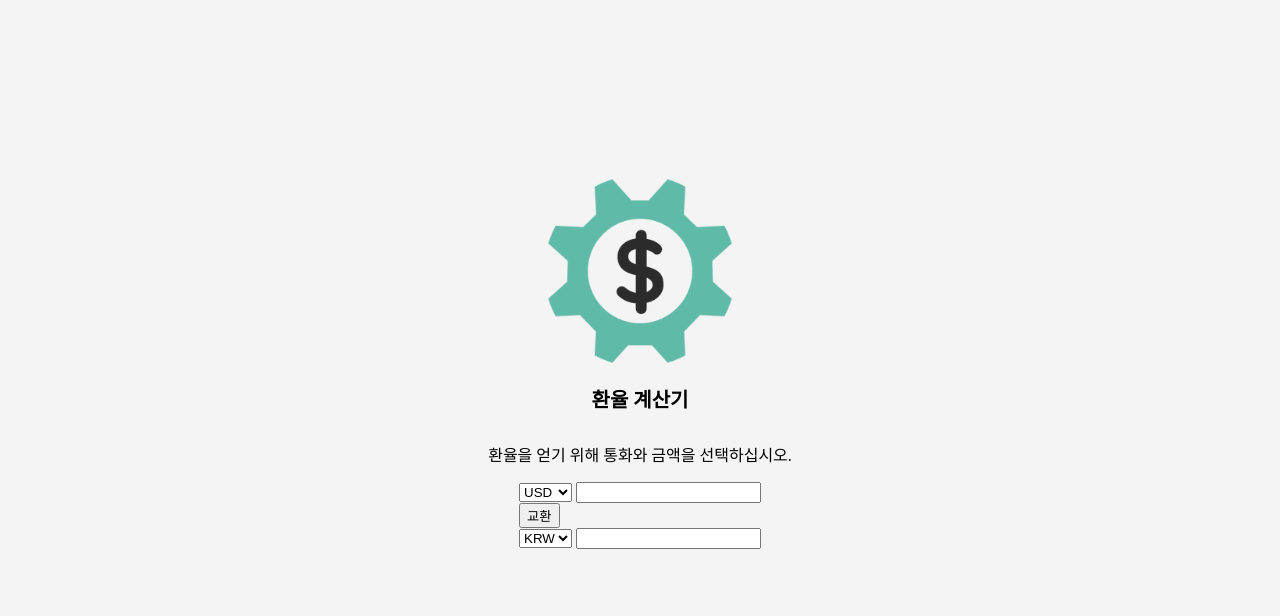
Repository: AbrorjonKuchkarov/exchange-rate
Page: index.html
An editor plug-in stored every save of this project. The page is shown before and after the next save, followed by the edit.
The browser window is 1280 px wide. The pictures show the whole page.

Above is the page before, as saved 2022-02-24 01:17:05.

### index.html
<!DOCTYPE html>
<html lang="en">
<head>
   <meta charset="UTF-8">
   <meta http-equiv="X-UA-Compatible" content="IE=edge">
   <meta name="viewport" content="width=device-width, initial-scale=1.0">
<link rel="stylesheet" href="style.css">
   <title>환율</title>
</head>
<body>
   <img src="img/money.png" alt="">
   <h1>환율 계산기 </h1>
   <p>환율을 얻기 위해 통화와 금액을 선택하십시오.</p>

   <div class="container">
      <div class="currency">
         <select id="selectOne">
            <option value="AED">AED</option>
            <option value="ARS">ARS</option>
            <option value="AUD">AUD</option>
            <option value="BGN">BGN</option>
            <option value="BRL">BRL</option>
            <option value="BSD">BSD</option>
            <option value="CAD">CAD</option>
            <option value="CHF">CHF</option>
            <option value="CLP">CLP</option>
            <option value="CNY">CNY</option>
            <option value="COP">COP</option>
            <option value="CZK">CZK</option>
            <option value="DKK">DKK</option>
            <option value="DOP">DOP</option>
            <option value="EGP">EGP</option>
            <option value="EUR">EUR</option>
            <option value="FJD">FJD</option>
            <option value="GBP">GBP</option>
            <option value="GTQ">GTQ</option>
            <option value="HKD">HKD</option>
            <option value="HRK">HRK</option>
            <option value="HUF">HUF</option>
            <option value="IDR">IDR</option>
            <option value="ILS">ILS</option>
            <option value="INR">INR</option>
            <option value="ISK">ISK</option>
            <option value="JPY">JPY</option>
            <option value="KRW">KRW</option>
            <option value="KZT">KZT</option>
            <option value="MXN">MXN</option>
            <option value="MYR">MYR</option>
            <option value="NOK">NOK</option>
            <option value="NZD">NZD</option>
            <option value="PAB">PAB</option>
            <option value="PEN">PEN</option>
            <option value="PHP">PHP</option>
            <option value="PKR">PKR</option>
            <option value="PLN">PLN</option>
            <option value="PYG">PYG</option>
            <option value="RON">RON</option>
            <option value="RUB">RUB</option>
            <option value="SAR">SAR</option>
            <option value="SEK">SEK</option>
            <option value="SGD">SGD</option>
            <option value="THB">THB</option>
            <option value="TRY">TRY</option>
            <option value="TWD">TWD</option>
            <option value="UAH">UAH</option>
            <option value="USD" selected>USD</option>
            <option value="UYU">UYU</option>
            <option value="VND">VND</option>
            <option value="ZAR">ZAR</option>
         </select>
         <input type="number" class="inputOne" >
      </div>

      <div class="swap">
         <button class="btn">교환</button>
         <div class="rate"></div>
      </div>

      <div class="currency">
         <select id="selectTwo">
         <option value="AED">AED</option>
         <option value="ARS">ARS</option>
         <option value="AUD">AUD</option>
         <option value="BGN">BGN</option>
         <option value="BRL">BRL</option>
         <option value="BSD">BSD</option>
         <option value="CAD">CAD</option>
         <option value="CHF">CHF</option>
         <option value="CLP">CLP</option>
         <option value="CNY">CNY</option>
         <option value="COP">COP</option>
         <option value="CZK">CZK</option>
         <option value="DKK">DKK</option>
         <option value="DOP">DOP</option>
         <option value="EGP">EGP</option>
         <option value="EUR">EUR</option>
         <option value="FJD">FJD</option>
         <option value="GBP">GBP</option>
         <option value="GTQ">GTQ</option>
         <option value="HKD">HKD</option>
         <option value="HRK">HRK</option>
         <option value="HUF">HUF</option>
         <option value="IDR">IDR</option>
         <option value="ILS">ILS</option>
         <option value="INR">INR</option>
         <option value="ISK">ISK</option>
         <option value="JPY">JPY</option>
         <option value="KRW" selected>KRW</option>
         <option value="KZT">KZT</option>
         <option value="MXN">MXN</option>
         <option value="MYR">MYR</option>
         <option value="NOK">NOK</option>
         <option value="NZD">NZD</option>
         <option value="PAB">PAB</option>
         <option value="PEN">PEN</option>
         <option value="PHP">PHP</option>
         <option value="PKR">PKR</option>
         <option value="PLN">PLN</option>
         <option value="PYG">PYG</option>
         <option value="RON">RON</option>
         <option value="RUB">RUB</option>
         <option value="SAR">SAR</option>
         <option value="SEK">SEK</option>
         <option value="SGD">SGD</option>
         <option value="THB">THB</option>
         <option value="TRY">TRY</option>
         <option value="TWD">TWD</option>
         <option value="UAH">UAH</option>
         <option value="USD">USD</option>
         <option value="UYU">UYU</option>
         <option value="VND">VND</option>
         <option value="ZAR">ZAR</option>
      </select>
      <input type="number" class="inputTwo" >
      </div>
   </div>




   <script src="app.js"></script>
</body>
</html>

### style.css
*{
   box-sizing: border-box;
}

body {
   margin: 0;
   display: flex;
   flex-direction: column;
   align-items: center;
   justify-content: center;
   height: 100vh;
   background-color: #f4f4f4;
}

img {
   width: 200px;
}

h1{
   font-size: 20px;
}

Loaded but not shown: app.js (no copy from this time; the picture is the same without it)

After the next save:
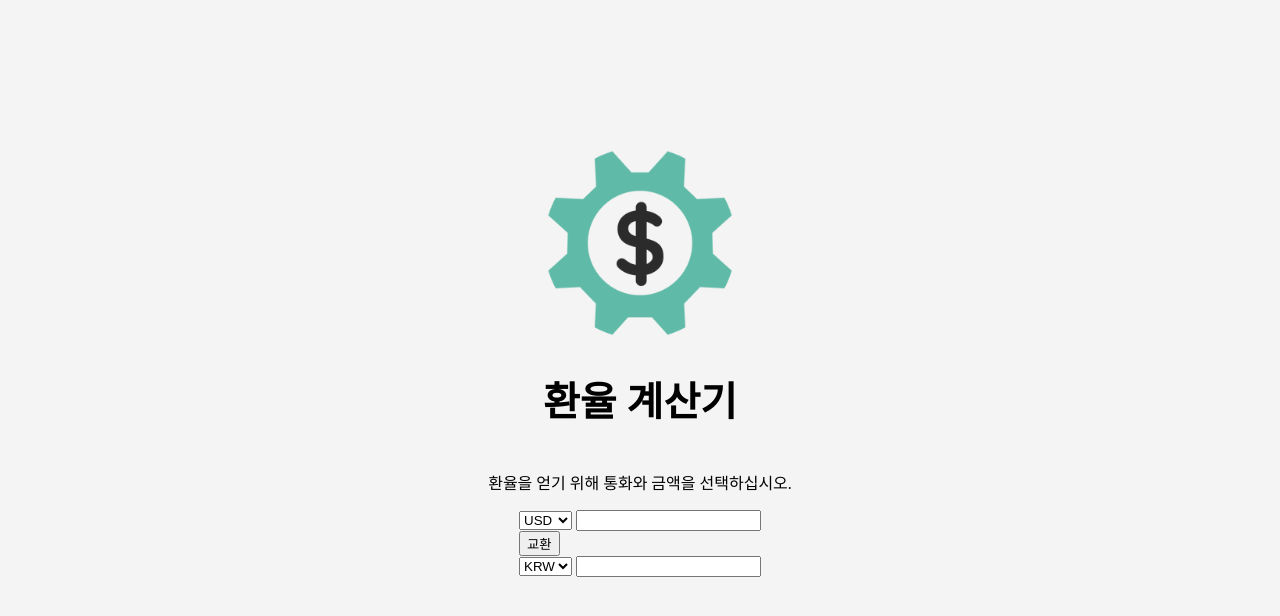
Saved 5 s later.
--- a/style.css
+++ b/style.css
@@ -17,5 +17,5 @@ img {
 }
 
 h1{
-   font-size: 20px;
+   font-size: 40px;
 }
